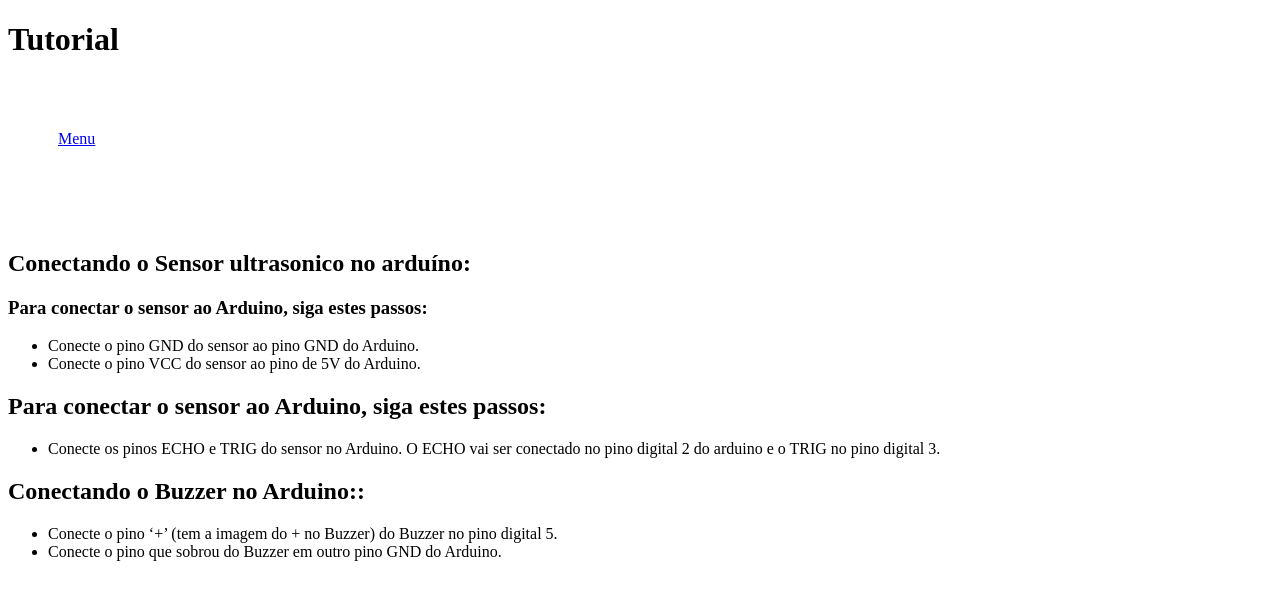
Repository: Eito2511/Site-tutorial-arduino
Page: tutorial.html
The author's editor kept a copy of each file at every save. The page is drawn from the files as they stood at one save, then again after the next save.
The browser window is 1280 px wide. The pictures show the whole page.

Above is the page before, as saved 2025-06-03 18:19:14.

After the next save:
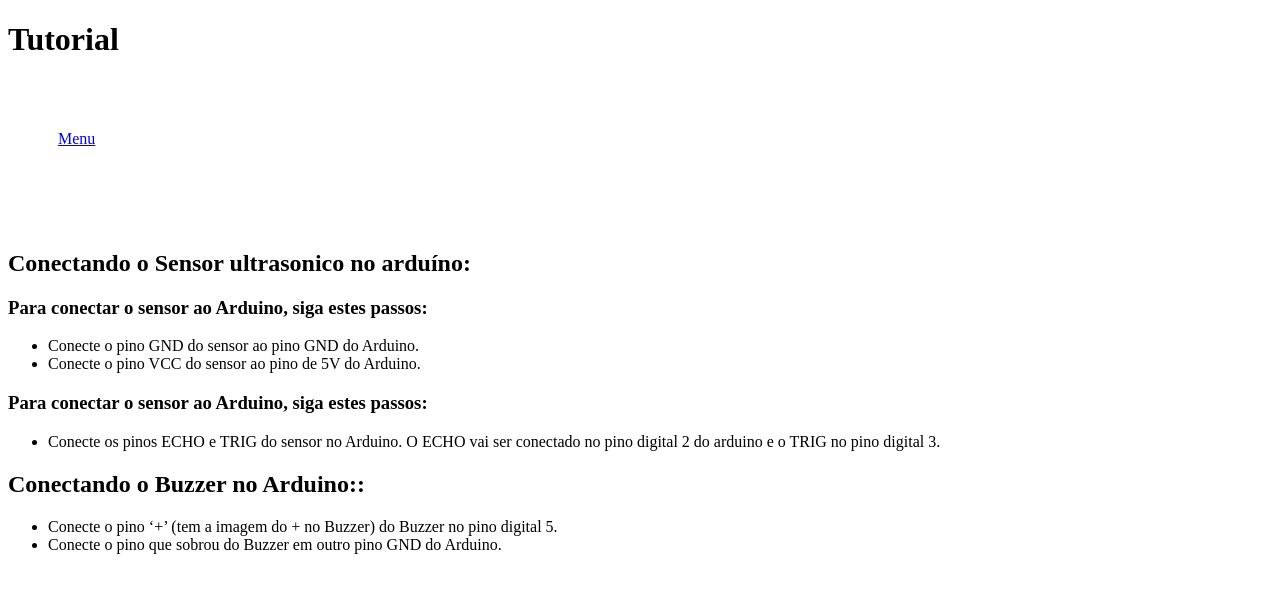
Saved 4 s later.
--- a/tutorial.html
+++ b/tutorial.html
@@ -24,7 +24,7 @@
     </div>
 
     <div>
-      <h2>Para conectar o sensor ao Arduino, siga estes passos:</h2>
+      <h3>Para conectar o sensor ao Arduino, siga estes passos:</h2>
       <ul>
         <li>
           Conecte os pinos ECHO e TRIG do sensor no Arduino. O ECHO vai ser
